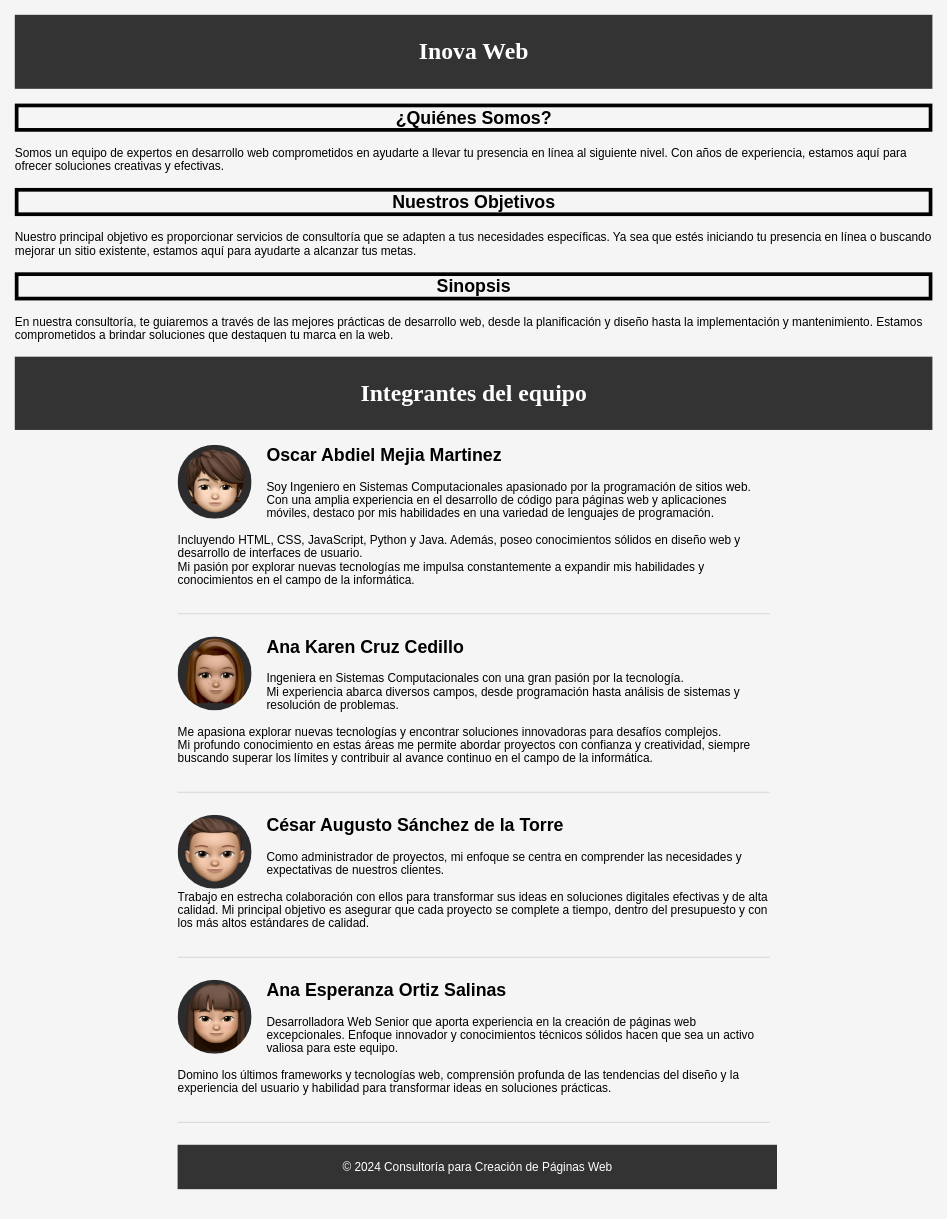
Repository: UVMCoyoacan/InnovaWeb
Page: index.html
These files come from the project's save history. The page is drawn as it stood at one moment and after the next save; the edit follows.
The browser window is 1280 px wide. The pictures show the whole page, at 74% of full size.

Above is the page before, as saved 2024-02-27 18:54:30.

After the next save:
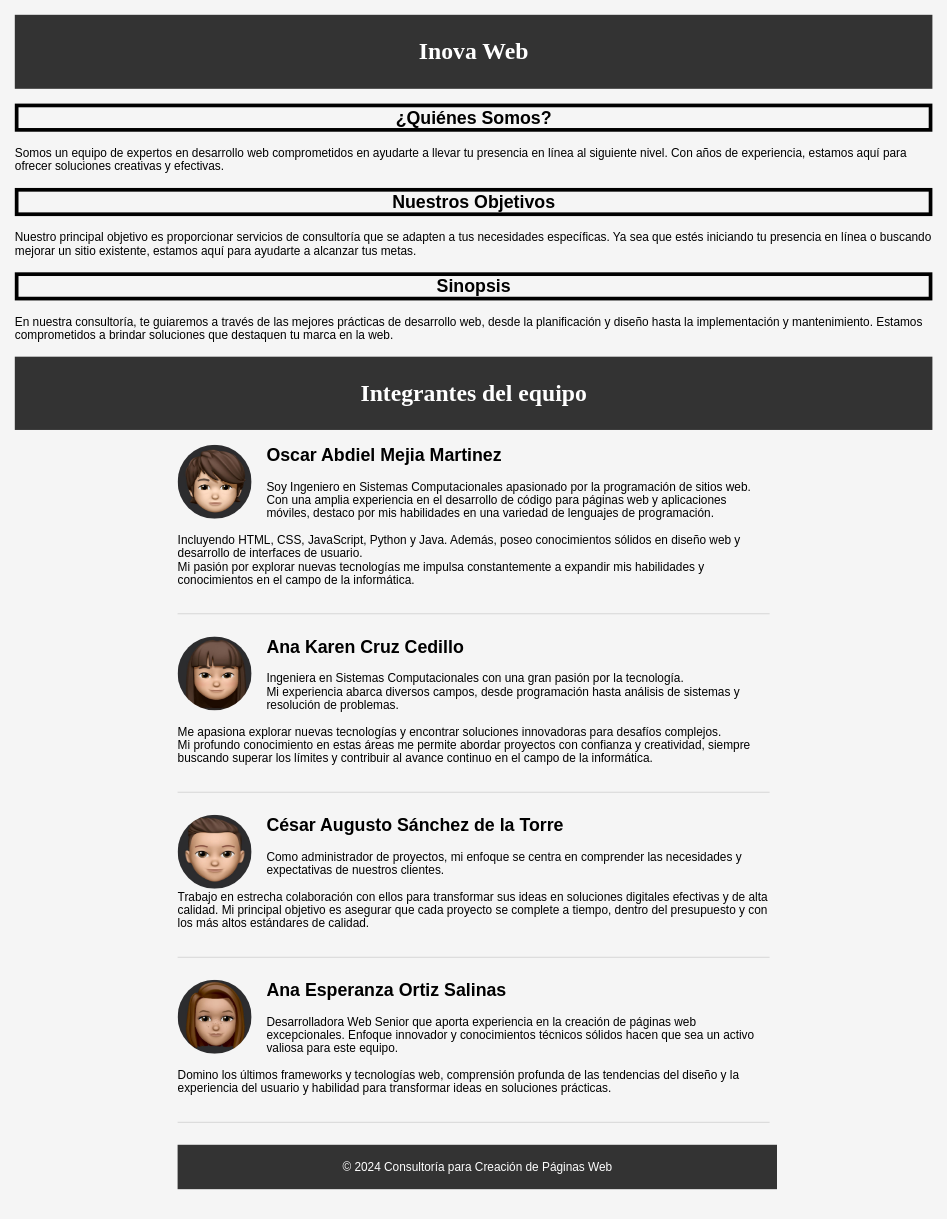
Saved 2 days later.
--- a/index.html
+++ b/index.html
@@ -60,7 +60,7 @@
 
     <div class="team-member">
         <a href="indexcvkaren.html">
-            <img src="Karen.jpg" alt="Nombre del miembro 2">
+            <img src="Ana.jpg" alt="Nombre del miembro 2">
         </a>
         <h2>Ana Karen Cruz Cedillo </h2>
         <p>Ingeniera en Sistemas Computacionales con una gran pasión por la tecnología.
@@ -81,7 +81,7 @@
     <!-- Puedes agregar más miembros del equipo aquí -->
 
     <div class="team-member">
-        <a href="file:///C:/Users/cess0/OneDrive/Documentos/8to%20semestre/Ing%20Software%20II/Curriculum%20Vitae/index.html">
+        <a href="file:///C:/Users/cess0/OneDrive/Documentos/8to%20semestre/Ing%20Software%20II/Curriculum%20Vitae/CVV.html">
             <img src="Cesar.jpg" alt="Nombre del miembro 3">
         </a>
         <h2>César Augusto Sánchez de la Torre</h2>
@@ -98,7 +98,9 @@
     <!--/////////////////////////////////////////////////////////////////////////////////////////////////////-->
 
     <div class="team-member">
-        <img src="Ana.jpg" alt="Nombre del miembro">
+         <a href="CV_Ana.html">
+            <img src="Karen.jpg" alt="Nombre del miembro ">
+        </a>
         <h2>Ana Esperanza Ortiz Salinas </h2>
         <p>Desarrolladora Web Senior que aporta experiencia en la creación de páginas web excepcionales.
             Enfoque innovador y conocimientos técnicos sólidos hacen que sea un activo valiosa para
